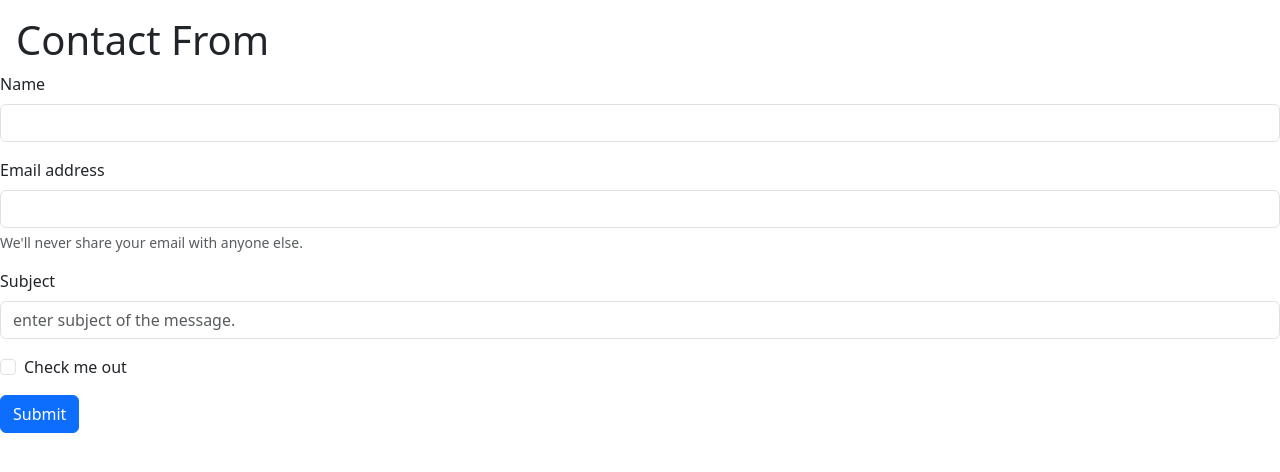
Repository: syni18/bootstrap_form
Page: index.html
These files come from the project's save history. The page is drawn as it stood at one moment and after the next save; the edit follows.
The browser window is 1280 px wide. The pictures show the whole page.

Above is the page before, as saved 2023-10-26 15:28:40.

After the next save:
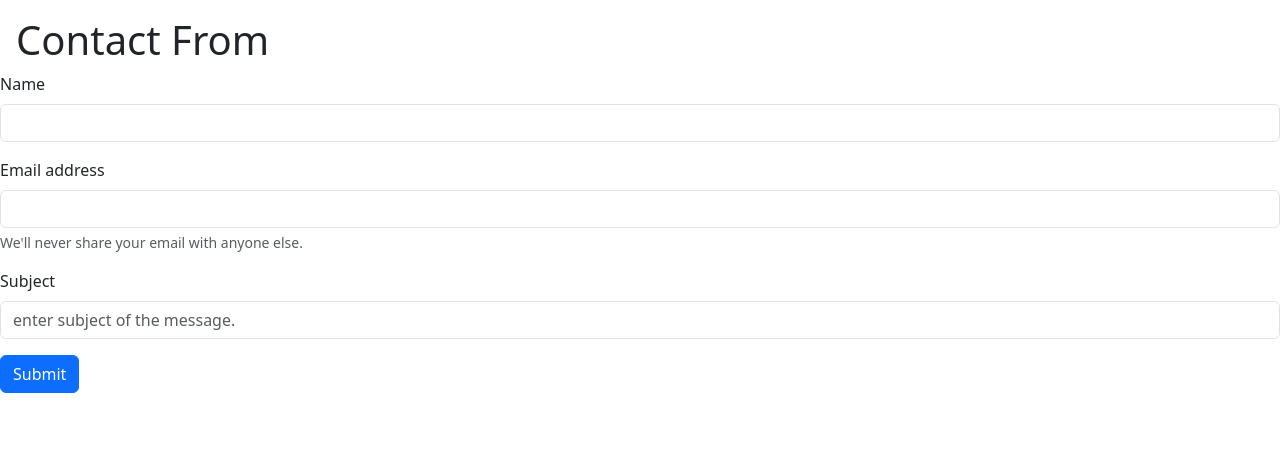
Saved 7 s later.
--- a/index.html
+++ b/index.html
@@ -23,10 +23,7 @@
     <input type="text" class="form-control" id="exampleInputsubject1" aria-describedby="subjectHelp" placeholder="enter subject of the message.">
   </div>
 
-  <div class="mb-3 form-check">
-    <input type="checkbox" class="form-check-input" id="exampleCheck1">
-    <label class="form-check-label" for="exampleCheck1">Check me out</label>
-  </div>
+
   <button type="submit" class="btn btn-primary">Submit</button>
 </form>
     <script src="https://cdn.jsdelivr.net/npm/bootstrap@5.3.2/dist/js/bootstrap.bundle.min.js" integrity="sha384-C6RzsynM9kWDrMNeT87bh95OGNyZPhcTNXj1NW7RuBCsyN/o0jlpcV8Qyq46cDfL" crossorigin="anonymous"></script>
